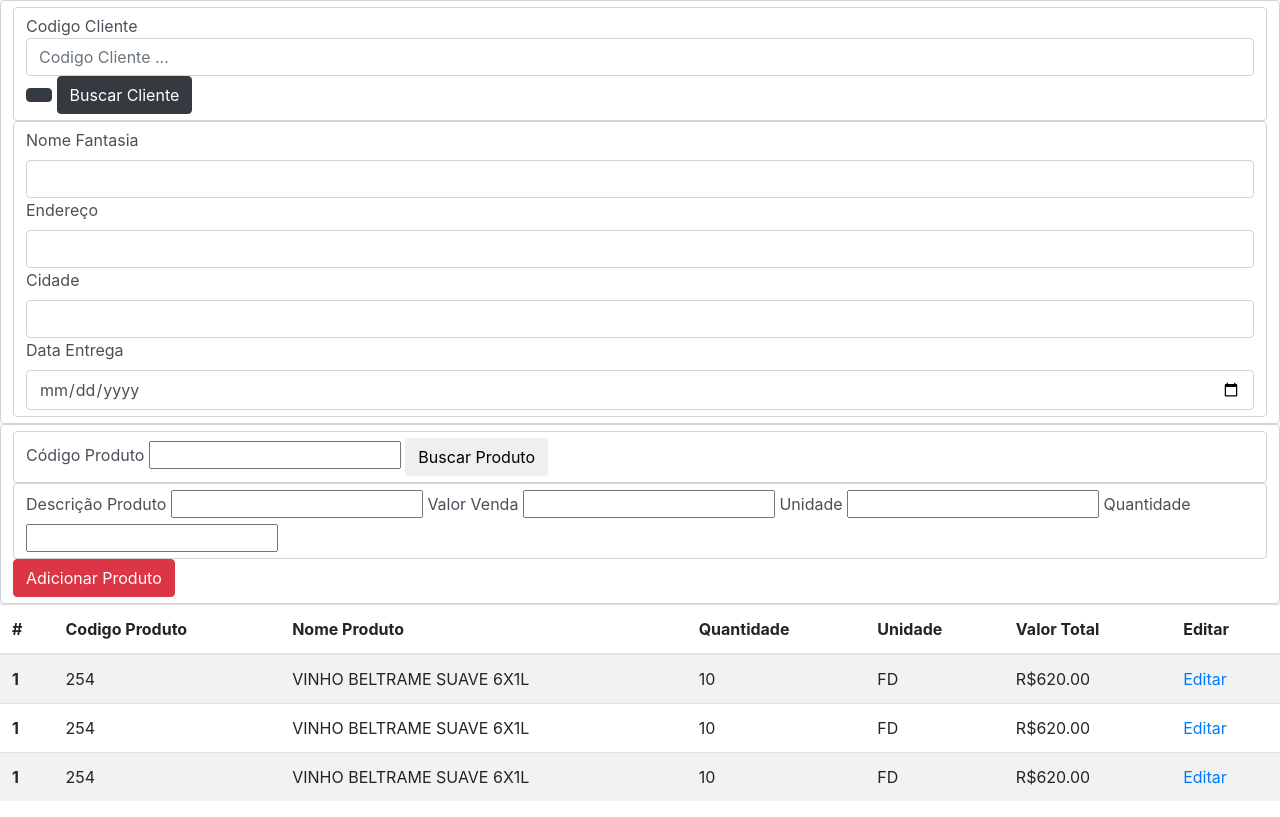
Repository: RobertoAntunes35/controle-estoque
Page: backend/templates/paginaGeracaoPedidos.html
The author's editor kept a copy of each file at every save. The page is drawn from the files as they stood at one save, then again after the next save.
The browser window is 1280 px wide. The pictures show the whole page.
Some web libraries are served in a nearby version. The template is drawn by Flask 3. The application's start-up code is not run. Other server files are loaded and not shown. The template is opened directly, without the code that normally fills it, so the values that code supplies are empty.

Above is the page before, as saved 2023-06-06 11:10:38.

### backend/templates/paginaGeracaoPedidos.html
{% extends "index.html" %}

{% block title %} Geração Pedidos {% endblock %}

{% block content %}
<div class="content-geracao-pedido">
        <form action="">
            <div class="data-clientes form-control">
                <div class="buscar form-control">
                    <label class="form-check-label" for="">Codigo Cliente</label>
                    <input class="form-control" type="text" name="codigoCliente" id="codigoCliente" placeholder="Codigo Cliente ...">
                    <button name="btnBuscaClientes" id="btnBuscaClientes" class="btn btn-dark"></button>
                    <a href="#" class="btn btn-dark">Buscar Cliente</a>
                </div>

                <div class="datas-cliente form-control">
                    <label for="">Nome Fantasia</label>
                    <input class="form-control" type="text" name="nomeFantasia" id="nomeFantasia">

                    <label for="">Endereço</label>
                    <input class="form-control" type="text" name="enderecoCliente" id="enderecoCliente">

                    <label for="">Cidade</label>
                    <input class="form-control" type="text" name="cidadeCliente" id="cidadeCliente">

                    <label for="">Data Entrega</label>
                    <input class="form-control" type="date" name="dataEntrega" id="dataEntrega">
                </div>
            </div>
            <div class="produtos">
                <div class="busca-produtos form-control">
                    <div class="busca form-control">
                        <label for="">Código Produto</label>
                        <input class="" type="text" name="codigoProdutoBusca" id="codigoProdutoBusca">
                        <button class="btn" id="btnBuscaProduto" name="btnBuscaProduto">Buscar Produto</button>
                    </div>
                    <div class="dados-produtos form-control">
                        <label for="">Descrição Produto</label>
                        <input type="text" name="descricaoProduto" id="descricaoProduto">

                        <label for="">Valor Venda</label>
                        <input type="number" name="valorVenda" id="valorVenda">

                        <label for="">Unidade</label>
                        <input type="text" name="unidadeProduto" id="unidadeProduto">

                        <label for="">Quantidade</label>
                        <input type="number" name="quantidadeProduto" id="quantidadeProduto">
                    </div>
                    <button class="btn btn-danger">Adicionar Produto</button>
                </div>
                <table class="table table-striped table-borderless">
                    <thead>
                        <tr>
                            <th scope="col">#</th>
                            <th scope="col">Codigo Produto</th>
                            <th scope="col">Nome Produto</th>
                            <th scope="col">Quantidade</th>
                            <th scope="col">Unidade</th>
                            <th scope="col">Valor Total</th>
                            <th scope="col">Editar</th>
                        </tr>
                    </thead>
                    <tbody>
                        <tr>
                            <th scope="row">1</th>
                            <td>254</td>
                            <td>VINHO BELTRAME SUAVE 6X1L</td>
                            <td>10</td>
                            <td>FD</td>
                            <td>R$620.00</td>
                            <td><a href="#">Editar</a></td>
                        </tr>
                        <tr>
                            <th scope="row">1</th>
                            <td>254</td>
                            <td>VINHO BELTRAME SUAVE 6X1L</td>
                            <td>10</td>
                            <td>FD</td>
                            <td>R$620.00</td>
                            <td><a href="#">Editar</a></td>
                        </tr>
                        <tr>
                            <th scope="row">1</th>
                            <td>254</td>
                            <td>VINHO BELTRAME SUAVE 6X1L</td>
                            <td>10</td>
                            <td>FD</td>
                            <td>R$620.00</td>
                            <td><a href="#">Editar</a></td>
                        </tr>
                    </tbody>
                </table>
            </div>
        </form>
    </div>

{% endblock %}

### backend/templates/index.html
<!DOCTYPE html>
<html lang="en">

{% block head %}
<head>
    <meta charset="UTF-8">
    <meta http-equiv="X-UA-Compatible" content="IE=edge">
    <meta name="viewport" content="width=device-width, initial-scale=1.0">
    <title>{% block title %} {% endblock %}</title>

    <script src="https://ajax.googleapis.com/ajax/libs/jquery/3.5.1/jquery.min.js"></script>
    <!-- CSS INTERNO -->
    <link rel="stylesheet" href="{{ url_for('static', filename='css/globalStyle.css') }}">

    <!-- FONTE -->

    <!-- BOOTSTRAP -->
    <link rel="stylesheet" href="https://maxcdn.bootstrapcdn.com/bootstrap/4.0.0/css/bootstrap.min.css">
    <script src="https://maxcdn.bootstrapcdn.com/bootstrap/4.0.0/js/bootstrap.min.js"></script>
    <script src="https://cdnjs.cloudflare.com/ajax/libs/popper.js/1.12.9/umd/popper.min.js"></script>

    <!-- SCRIPT INTERNO -->
    <script src="{{ url_for('static' , filename='js/script.js') }}"></script>

    <!-- SCRIPTS AUXILIARES -->

</head>
{% endblock %}

<body>
   <div class="content">
    {% block content %} {% endblock %}
    </div>

</body>
</html>

### backend/static/css/globalStyle.css
* {
    margin: 0 auto;
    padding: 0;
    box-sizing: border-box;
}

.div-formulario {
    border: 1px solid;
}

.container {
    display: flex;
    justify-content: left;
    align-items: center;
    width: 100vw;
    height: 100vh;

    /* border: 1px solid; */
}

.search-product{
    /* border: 1px solid; */
}
.values-find{
    /* border: 1px solid; */
}

.choices-values{
    /* border: 1px solid; */
}

### backend/static/js/script.js

$(document).ready(function() {
    $('#btnBuscar').click(function(event) {
        event.preventDefault();

        var inputValue = $('#codigo').val();
        console.log(inputValue);

    $.ajax({
        url: '/busca_produtos',
        type: 'POST',
        data: {codigoProduto: inputValue},
        success: function(date) {
            $('#descricao').val(date.updatedValue.descricao)
            $('#codigoFornecedor').val(date.updatedValue.codigoFornecedor)
            $('#unidade').val(date.updatedValue.unidade)
        }
    });
    });
});


// function verificarEnter(event) {
//     if(event.keyCode === 13) {
//         event.preventDefault();

//         var botao = document.getElementById("btnBuscar")
//         botao.click();
//     }
// }

$(document).ready(function() {
    $('#btnBuscaProduto').click(function (event) {
        event.preventDefault();

        var valueCodigoProduto = $('#codigoProdutoBusca').val()
        console.log(valueCodigoProduto);

        $.ajax({
            url:'/busca_produtos',
            type:'POST',
            data: {codigoProduto : valueCodigoProduto},
            success: function(date) {
                $('#descricaoProduto').val(date.updatedValue.descricao)
                $('#valorVenda').val(date.updatedValue.valorVenda)
                $('#unidadeProduto').val(date.updatedValue.unidade)
            }
        })
    } )
})

After the next save:
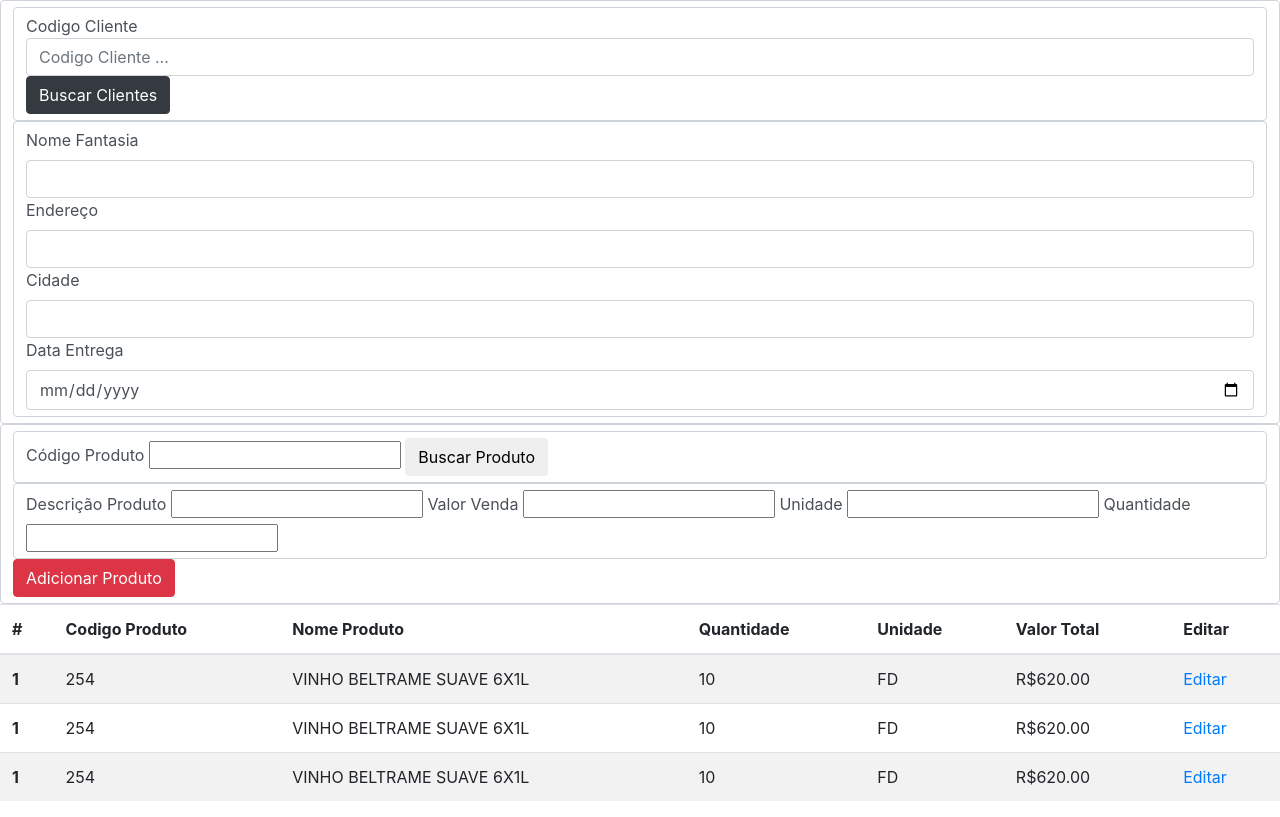
Saved 10 s later.
--- a/backend/templates/paginaGeracaoPedidos.html
+++ b/backend/templates/paginaGeracaoPedidos.html
@@ -9,8 +9,7 @@
                 <div class="buscar form-control">
                     <label class="form-check-label" for="">Codigo Cliente</label>
                     <input class="form-control" type="text" name="codigoCliente" id="codigoCliente" placeholder="Codigo Cliente ...">
-                    <button name="btnBuscaClientes" id="btnBuscaClientes" class="btn btn-dark"></button>
-                    <a href="#" class="btn btn-dark">Buscar Cliente</a>
+                    <button name="btnBuscaClientes" id="btnBuscaClientes" class="btn btn-dark">Buscar Clientes</button>
                 </div>
 
                 <div class="datas-cliente form-control">
